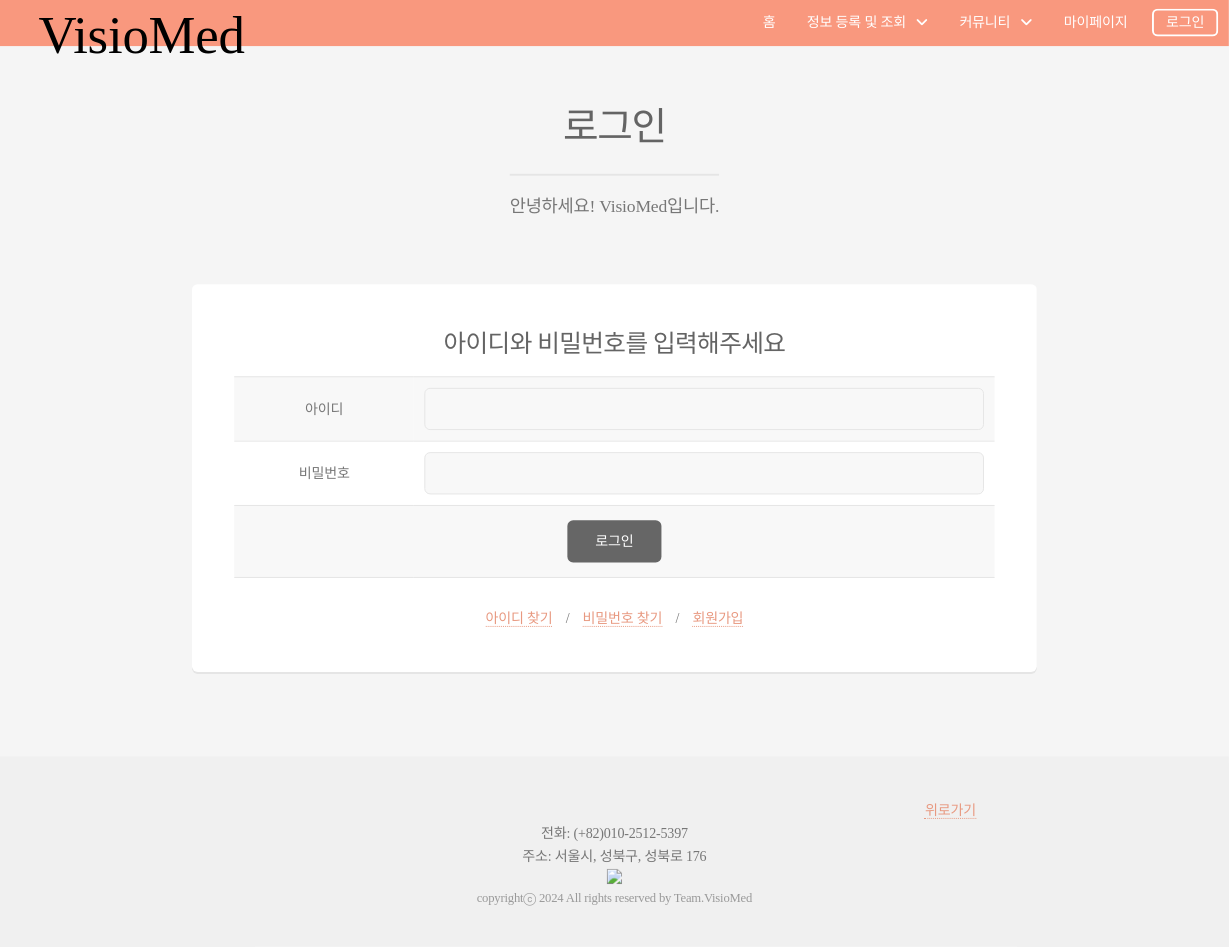
Repository: Jeffrey-Moon/visiomed
Page: http://localhost/Project_VisioMed/Login.jsp
An editor plug-in stored every save of this project. The page is shown before and after the next save, followed by the edit.
The browser window is 1280 px wide. The pictures show the whole page, at 96% of full size.
Some web fonts or font styles are not loaded; a fallback is used. Some web libraries are served in a nearby version. The page is served by Tomcat 9. Other server files are loaded and not shown.

Above is the page before, as saved 2024-07-20 06:21:00.
Console error: SyntaxError: Unexpected token '<'

### Project_VisioMed/Project_VisioMed/src/main/webapp/Login.jsp
<%@page import="Model.UserDTO"%>
<%@ page language="java" contentType="text/html; charset=utf-8"
	pageEncoding="utf-8"%>
<% response.setStatus(HttpServletResponse.SC_OK);%>
<!DOCTYPE html>
<html>
<head>
<title>로그인</title>
<meta charset="utf-8" />
<meta name="viewport"
	content="width=device-width, initial-scale=1, user-scalable=no" />
<script src="assets/js/jquery-3.6.0.min.js"></script>
<link rel="stylesheet" href="assets/css/main.css" />
<link rel="stylesheet" href="assets/css/style.css" />

<style>
@font-face {
    font-family: 'GangwonEdu_OTFBoldA';
    src: url('https://cdn.jsdelivr.net/gh/projectnoonnu/noonfonts_2201-2@1.0/GangwonEdu_OTFBoldA.woff') format('woff');
    font-weight: normal;
    font-style: normal;
}
</style>

</head>
<body class="is-preload" style="font-family: 'GangwonEdu_OTFBoldA';">


	<div id="page-wrapper">

		<!-- Header -->
		<%@ include file="./header.jsp" %>


		<!-- Main -->
		<section id="main" class="container">
			<header>
				<h2>로그인</h2>
				<p>안녕하세요! VisioMed입니다.</p>
			</header>
			<div class="box">

					<table>
						<thead>
							<h3 align="center">아이디와 비밀번호를 입력해주세요</h3>
						</thead>

						<tbody>
							<tr>
								<td align="center">아이디</td>
								<td><input type="text" name="user_id"></td>
							</tr>
							<tr>
								<td align="center">비밀번호</td>
								<td><input type="password" name="user_pw"></td>
							</tr>

							<!-- <tr align="center">
								<td colspan="2">
								<div class="col-6 col-12-narrower">
									<input type="checkbox" id="keep_login" name="keep_login">
									<label for="keep_login">로그인 상태 유지</label>
								</div>
								</td>
							</tr> -->

							<tr align="center">
								<td colspan="2">
									<input type="button" class="button" onclick="login()" value="로그인"><br>
									<!-- 로그인 에러 메세지 출력 -->
									<span class="error_msg" style="color:red; font-size:small;">
									</span>
								</td>
							</tr>

						</tbody>
					</table>
					<div align="center">
						<a href="#">아이디 찾기</a> &nbsp;&nbsp;
						/ &nbsp;&nbsp; <a href="edit_pw.jsp">비밀번호 찾기</a> &nbsp;&nbsp;
						/ &nbsp;&nbsp; <a href="Join.jsp">회원가입</a>

					</div>
			</div>
		</section>


		<!-- Footer -->
		<%@ include file="./footer.jsp" %>

	</div>

	<!-- Scripts -->
	<script type="text/javascript">
		function login() {
			$.ajax({
				url : "LoginServiceCon.do",
				type : "post",
				data : {
					user_id : $('input[name=user_id]').val(),
					user_pw : $('input[name=user_pw]').val()
				},
				dataType : "text",
				success : function(res) {
					if(res == 1){
						// 로그인 성공
						window.location.href="Index.jsp";
					}else {
						// 로그인 실패
						$('.error_msg').html('아이디 또는 비밀번호를 잘못 입력했습니다.<br>'
								+ '입력하신 내용을 다시 확인해주세요.');
					}
				},
				error : function(){
					alert('실패');
				}
			});
		}


	</script>


	<script src="assets/js/jquery.min.js"></script>
	<script src="assets/js/jquery.dropotron.min.js"></script>
	<script src="assets/js/jquery.scrollex.min.js"></script>
	<script src="assets/js/browser.min.js"></script>
	<script src="assets/js/breakpoints.min.js"></script>
	<script src="assets/js/util.js"></script>
	<script src="assets/js/main.js"></script>
	<script src="assets/js/bootstrap.js"></script>
	<script src="assets/js/bootstrap.min.js"></script>

	<!-- awesome font -->
	<script src="https://kit.fontawesome.com/8b21a455c5.js" crossorigin="anonymous"></script>

</body>
</html>

### Project_VisioMed/Project_VisioMed/src/main/webapp/header.jsp
<%@page import="Model.UserDTO"%>
<%@ page language="java" contentType="text/html; charset=utf-8"
	pageEncoding="utf-8"%>
<!DOCTYPE html>
<html>
<head>
<meta charset="utf-8" />
<meta name="viewport"
	content="width=device-width, initial-scale=1, user-scalable=no" />
<script src="assets/js/jquery-3.6.0.min.js"></script>
<link rel="stylesheet" href="assets/css/main.css" />
<link rel="stylesheet" href="assets/css/style.css" />
<link rel="stylesheet" href="assets/css/toggle.css">

<title>header</title>
</head>
<body>

	<%
		UserDTO udto = (UserDTO)session.getAttribute("udto");
	%>

	<!-- Header -->
		<header id="header">
			<h1 style="color:white;font-size:xx-large;top:12.5px;">
				<a href="Index.jsp" style="color: black;font-size:55px;">VisioMed&nbsp;&nbsp;</a>
			</h1>
			<nav id="nav">
				<ul>
					<li><a href="Index.jsp">홈</a></li>
					<li><a href="select_handi.jsp">정보 등록 및 조회&nbsp;&nbsp;&nbsp;<i
							class='icon solid fa fa-angle-down'></i>
					</a>
						<ul>
							<li><a href="reg_handi.jsp">회원 정보 등록</a></li>
						</ul></li>
					<li class='sub-menu'><a href="#">커뮤니티&nbsp;&nbsp;&nbsp;<i
							class='fa fa-angle-down'></i></a>
						<ul>
							<li><a href="qnaMain.jsp">문의하기</a></li>
							<li><a href="storyMain.jsp">정보 공유</a></li>
						</ul></li>
					<li class='sub-menu'><a href="Mypage.jsp">마이페이지</a></li>

					<% if(udto != null){ %>
						<li><a href="LogoutServiceCon.do" class="button" style="color: black;">로그아웃</a></li>
					<%} else{%>
						<li><a href="Login.jsp" class="button" >로그인</a></li>
					<%} %>

				</ul>
			</nav>
		</header>


</body>
</html>

### Project_VisioMed/Project_VisioMed/src/main/webapp/footer.jsp
<%@page import="Model.UserDTO"%>
<%@ page language="java" contentType="text/html; charset=utf-8"
	pageEncoding="utf-8"%>
<!DOCTYPE html>
<html>
<head>
<meta charset="utf-8" />
<meta name="viewport"
	content="width=device-width, initial-scale=1, user-scalable=no" />
<script src="assets/js/jquery-3.6.0.min.js"></script>
<link rel="stylesheet" href="assets/css/main.css" />
<link rel="stylesheet" href="assets/css/style.css" />
<link rel="stylesheet" href="assets/css/toggle.css">

<title>footer</title>
</head>
<body>
	<footer id="footer" style="padding:3em 0 3em 0;">
  		<div class="inner">
  		<a href="#" class="page-top" style="position: relative;left:350px;">위로가기</a>
  		<p style="margin:0 0 0 0;">전화: (+82)010-2512-5397</p>
  		<p style="margin:0 0 0 0;">주소: 서울시, 성북구, 성북로 176</p>
  		<span><img src="images/logo.png" style="width:100px;"></span><br>
  			<p class="copyright" style="margin:0 0 0 0;">copyrightⓒ 2024 All rights reserved by Team.VisioMed</p>
		</div>
  	</footer>
</body>
</html>

### Project_VisioMed/Project_VisioMed/src/main/webapp/404errorPage.jsp
<%@ page language="java" contentType="text/html; charset=UTF-8"
    pageEncoding="UTF-8"%>
<!DOCTYPE html>
<%  response.setStatus(HttpServletResponse.SC_OK); %>
<html>
<head>
<meta charset="UTF-8">
<title>404 에러 페이지</title>
</head>
<body>
	<h3>요청하신 페이지는 존재하지 않습니다.</h3>
	<h4>- Dr.Boksun</h4>
	<button><a href="Index.jsp">메인으로 이동</a></button>
	<br>초기화면으로 돌아갑니다.
</body>
</html>

### Project_VisioMed/Project_VisioMed/src/main/webapp/assets/css/toggle.css
@charset "UTF-8";

/* 슬라이더 외부를 감싸는 라벨에 대한 스타일 */
.switch {
    position: relative;
    display: inline-block;
    width: 60px;
    height: 34px;
}

/* html 기본 체크박스 숨기기 */
.switch input {
    opacity: 0;
    width: 0;
    height: 0;
}

/* 슬라이더 - 실제로 토글될 부분 */
.slider {
    position: absolute;
    cursor: pointer;
    top: 0;
    left: 0;
    right: 0;
    bottom: 0;
    background-color: #ccc;
    -webkit-transition: .4s;
    transition: .4s;
}

.slider:before {
    position: absolute;
    content: "";
    height: 26px;
    width: 26px;
    left: 4px;
    bottom: 4px;
    background-color: white;
    -webkit-transition: .4s;
    transition: .4s;
}

input:checked + .slider {
    background-color: #2196f3;
}

input:focus + .slider {
    box-shadow: 0 0 1px #2196f3;
}

input:checked + .slider:before {
    -webkit-transform: translateX(26px);
    -ms-transform: translateX(26px);
    transform: translateX(26px);
}

/* 슬라이더를 동그랗게 보여주기 위한 부분 */
.slider.round {
    border-radius: 34px;
}

.slider.round:before {
    border-radius: 50%;
}

Loaded but not shown: Project_VisioMed/Project_VisioMed/src/main/webapp/assets/css/main.css (3905 lines, source omitted)

After the next save:
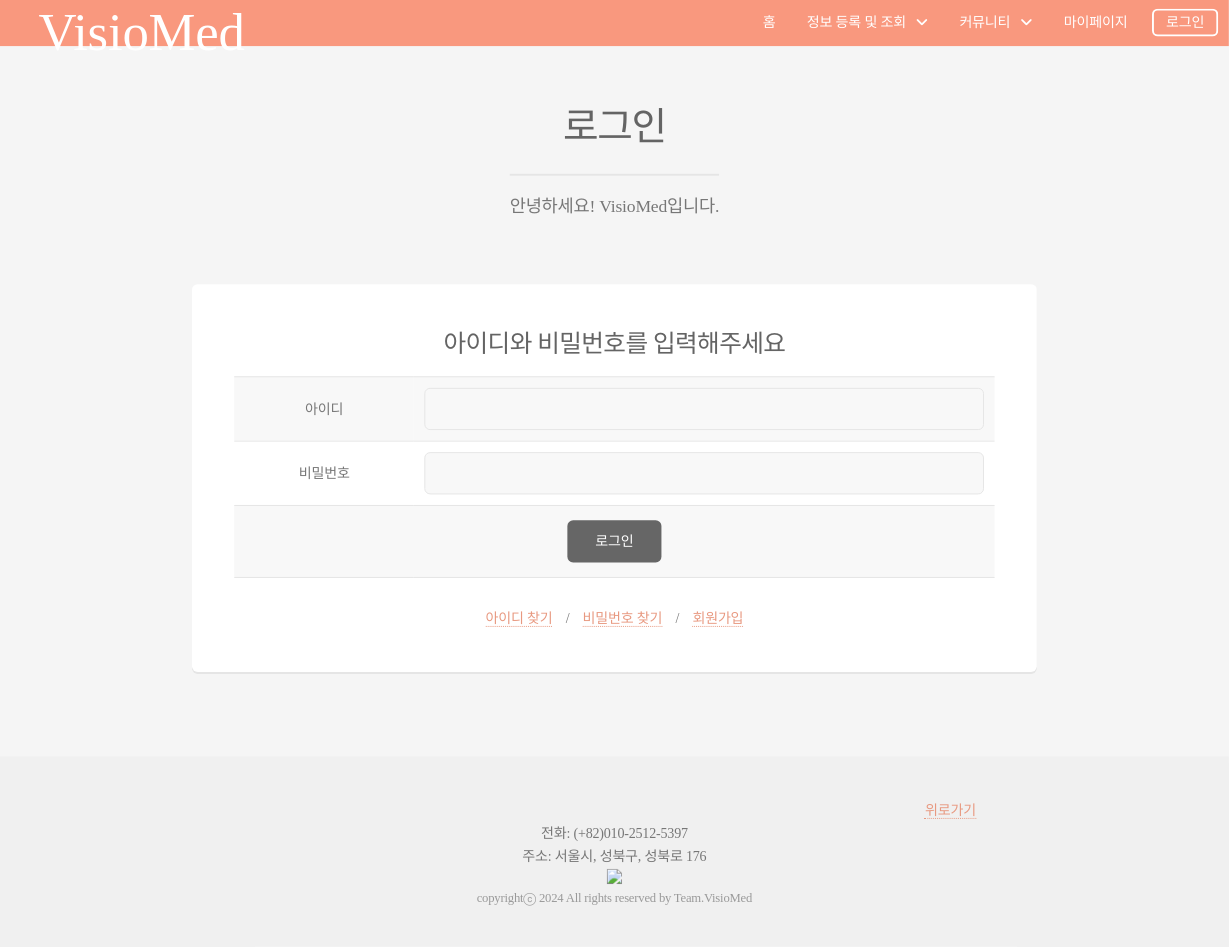
Saved 18 s later.
--- a/Project_VisioMed/Project_VisioMed/src/main/webapp/header.jsp
+++ b/Project_VisioMed/Project_VisioMed/src/main/webapp/header.jsp
@@ -22,8 +22,8 @@
 
 	<!-- Header -->
 		<header id="header">
-			<h1 style="color:white;font-size:xx-large;top:12.5px;">
-				<a href="Index.jsp" style="color: black;font-size:55px;">VisioMed&nbsp;&nbsp;</a>
+			<h1 style="color:white;font-size:xx-large;top:10px;">
+				<a href="Index.jsp" style="color:white;font-size:55px;">VisioMed&nbsp;&nbsp;</a>
 			</h1>
 			<nav id="nav">
 				<ul>
